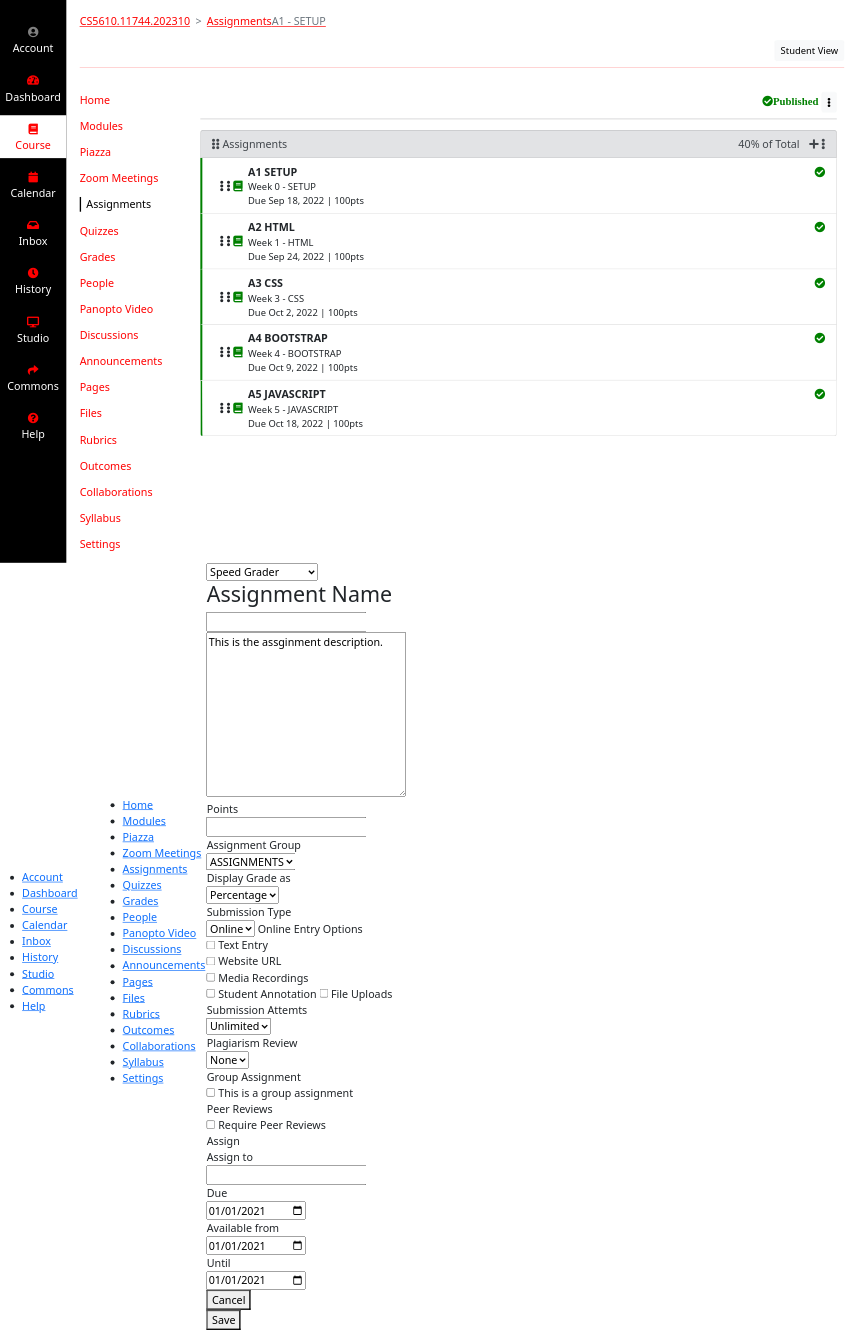
Repository: yuqiant/kanbas-react-web-app
Page: public/kanbas/assignment/edit.html
These files come from the project's save history. The page is drawn as it stood at one moment and after the next save; the edit follows.
The browser window is 1280 px wide. The pictures show the whole page, at 67% of full size.

Above is the page before, as saved 2023-10-05 00:29:34.

After the next save:
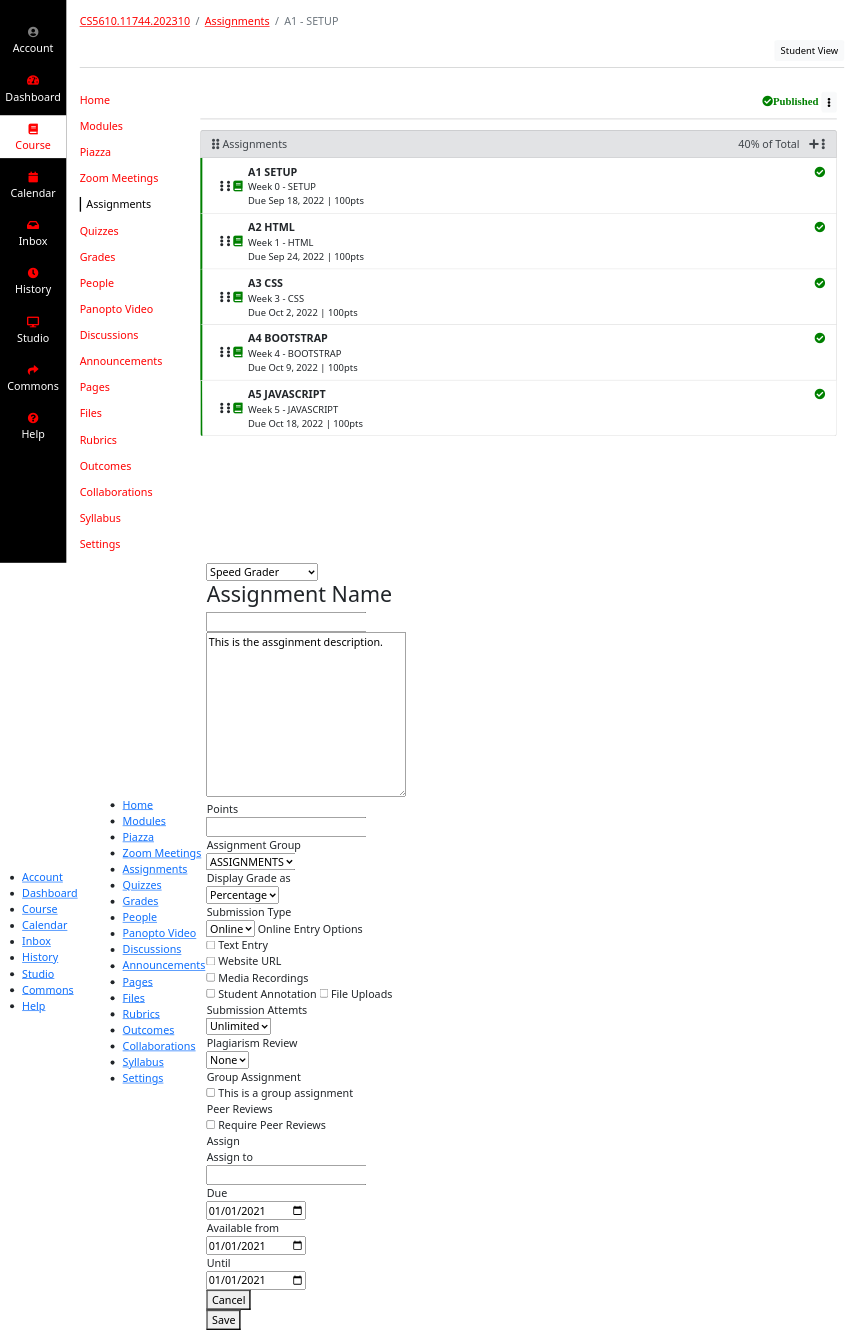
Saved 21 s later.
--- a/public/kanbas/assignment/edit.html
+++ b/public/kanbas/assignment/edit.html
@@ -35,15 +35,15 @@
         <div class="right-column">
 
             <div class="right-top">
-                <nav style="--bs-breadcrumb-divider: '>';" aria-label="breadcrumb">
+                <nav aria-label="breadcrumb">
                     <ol class="breadcrumb">
                         <li class="breadcrumb-item"><a href="../dashboard/index.html"
                                 style="color: red;">CS5610.11744.202310</a></li>
-                        <li class="breadcrumb-item"><a href="index.html" style="color: red;">Assignments</li>
+                        <li class="breadcrumb-item"><a href="index.html" style="color: red;">Assignments</a></li>
                         <li class="breadcrumb-item active" aria-current="page">A1 - SETUP</li>
-
                     </ol>
                 </nav>
+
                 <div class="float-sm-end"> <button class="btn btn-light btn-sm">Student View</button>
                 </div><br />
                 <hr />
